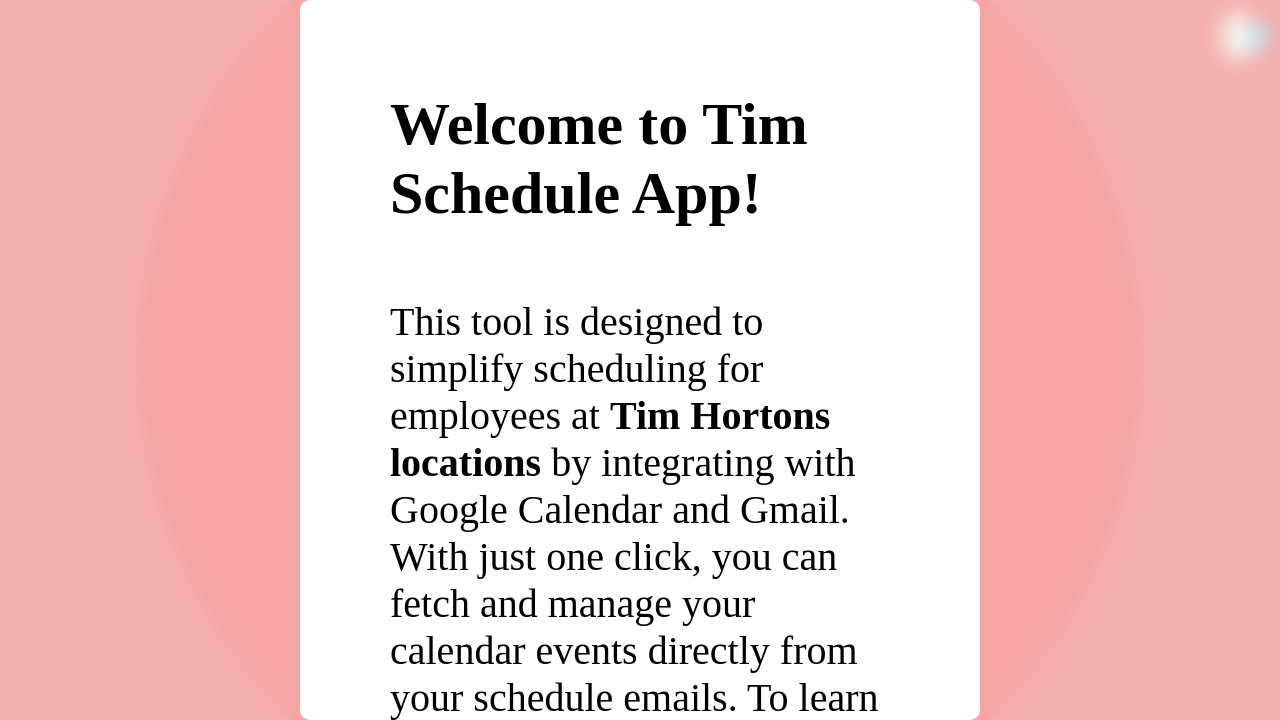
Repository: Sukhvir-Grewal/tim-schadule-app
Page: node_version/public/index.html
The author's editor kept a copy of each file at every save. The page is drawn from the files as they stood at one save, then again after the next save.
The browser window is 1280 px wide. The pictures show the whole page.

Above is the page before, as saved 2024-08-15 01:31:17.

### node_version/public/index.html
<!DOCTYPE html>
<html>

<head>
    <title>Tim Schedule App</title>
    <meta charset="utf-8" />
</head>
<link rel="stylesheet" href="style.css?v=1.0.0" />
<link rel="icon" href="/favicon.png" type="image/png">

<body>
    <div class="main-container">
        <div class="backDrop">
            <div class="aboutBox">
                <h2 style="display: grid; place-content:center">Welcome to Tim Schedule App!</h2>
                <p>This tool is designed to simplify scheduling for employees at <b>Tim Hortons locations</b> by integrating with Google Calendar and Gmail. With just one click, you can fetch and manage your calendar events directly from your schedule emails. To learn more about how the app works, visit our <a href="/about">About</a> page. After reviewing the details, simply authorize with the button below to start using the app.</p>
            </div>
        </div>
        <a href="./privacy-policy.html">
            <img src="./privay.png" class="privacy" alt="">
        </a>
        <img src="./timlogo.svg" class="logo" alt="">
        <div class="circle-1">
            <div class="circle-2">
                <div class="circle-3">
                    <div class="circle-4">
                        <button id="authorize_button" onclick="handleAuthClick()">
                            Authorize
                        </button>
                        <div class="after_authorize">
                            Done
                            <svg class="tick" xmlns="http://www.w3.org/2000/svg" viewBox="0 0 24 24" width="24"
                                height="24">
                                <path fill="none" d="M0 0h24v24H0z" />
                                <path fill="currentColor" d="M9 16.2l-3.5-3.5 1.41-1.41L9 13.38l7.09-7.09L17.5 7.5z" />
                            </svg>
                        </div>
                    </div>
                </div>
            </div>
        </div>
    </div>

    <script src="./script.js"></script>
    <script async defer src="https://apis.google.com/js/api.js" onload="gapiLoaded()"></script>
    <script async defer src="https://accounts.google.com/gsi/client" onload="gisLoaded()"></script>
</body>

</html>

### node_version/public/style.css
* {
    padding: 0;
    margin: 0;
    overflow-x: hidden;
    overflow-y: hidden;
}

.main-container {
    height: 100dvh;
    width: 100dvw;
    display: flex;
    justify-content: center;
    align-items: center;
    position: relative;
}

.backDrop {
    z-index: 11;
    height: 100vh;
    width: 100vw;
    display: grid;
    place-content: center;
    backdrop-filter: blur(10px);
    -webkit-backdrop-filter: blur(10px);
    background-color: rgba(255, 255, 255, 0.5);
}

.aboutBox {
    background-color: white;
    border-radius: 10px;
    min-height: 100px;
    width: 90vw;
    padding: 90px 90px;
    animation: fadeIn 4s ease;
    font-size: 40px;
}

.aboutBox h2 {
    margin-bottom: 70px;
}

.logo {
    position: absolute;
    top: 0;
    height: 450px;
    display: none;
    pointer-events: none;
    z-index: 10;
}

.privacy {
    width: 50px;
    height: 50px;
    position: absolute;
    top: 10px;
    right: 10px;
    cursor: pointer;
    z-index: 10;
    display: none;
}

.tick {
    color: green;
    width: 80px;
    height: 80px;
}

.slideUp {
    display: block;
    animation: slideUp 1s forwards;
}

.fadeIn {
    display: block;
    animation: fadeIn 2s ease;
}

.circle-1,
.circle-2,
.circle-3,
.circle-4 {
    border-radius: 50%;
    display: flex;
    justify-content: center;
    align-items: center;
    position: absolute;
}

.circle-1 {
    background-color: rgb(228, 129, 129);
    animation: expandCircle1 1s ease forwards;
    animation-delay: 0s;
}

.circle-2 {
    background-color: rgb(233, 94, 94);
    animation: expandCircle2 1s ease forwards;
    animation-delay: 0.3s;
}

.circle-3 {
    background-color: rgb(236, 72, 72);
    animation: expandCircle3 1s ease forwards;
    animation-delay: 0.8s;
}

.circle-4 {
    background-color: rgb(233, 58, 58);
    animation: expandCircle4 1s ease forwards;
    animation-delay: 1.2s;
    font-size: 5rem;
    border: 1px solid white;
}

#authorize_button {
    display: none;
    background-color: transparent;
    border: none;
    font-size: xx-large;
    color: white;
    font-weight: bolder;
    cursor: pointer;
}

#authorize_button.show {
    display: block;
}

.after_authorize {
    display: none;
    justify-content: center;
    align-items: center;
    font-size: 4rem;
    font-weight: bolder;
    color: white;
}

@keyframes expandCircle1 {
    0% {
        width: 0;
        height: 0;
    }

    100% {
        width: 2000px;
        height: 2000px;
    }
}

@keyframes expandCircle2 {
    0% {
        width: 0;
        height: 0;
    }

    100% {
        width: 1500px;
        height: 1500px;
    }
}

@keyframes expandCircle3 {
    0% {
        width: 0;
        height: 0;
    }

    100% {
        width: 1000px;
        height: 1000px;
    }
}

@keyframes expandCircle4 {
    0% {
        width: 0;
        height: 0;
    }

    100% {
        width: 500px;
        height: 500px;
    }
}

@keyframes slideUp {
    0% {
        opacity: 0;
        transform: translateY(50px);
    }

    100% {
        opacity: 1;
        transform: translateY(0);
    }
}

@keyframes fadeIn {
    0% {
        opacity: 0;
    }

    100% {
        opacity: 1;
    }
}

/* Just for the laptop stuff*/
@media (min-width: 1000px) {
    .logo {
        top: 100px;
        height: 250px;
    }
    .aboutBox {
        min-height: 200px;
        width: 500px;
        font-size: ;
    }
}

### node_version/public/script.js
let CLIENT_ID
let API_KEY

const DISCOVERY_DOCS = [
    "https://www.googleapis.com/discovery/v1/apis/calendar/v3/rest",
    "https://www.googleapis.com/discovery/v1/apis/gmail/v1/rest",
];

const SCOPES = [
    "https://www.googleapis.com/auth/calendar.events",
    "https://www.googleapis.com/auth/gmail.readonly",
];

let tokenClient;
let gapiInited = false;
let gisInited = false;
let startDate = "";
let endDate = "";

document.getElementById("authorize_button").style.visibility = "hidden";


/*
 * This code Servers the purpose of getting both Env variables
 * including initializing the client Token
*/
async function fetchEnvVariables() {
    try {
        const response = await fetch('/env');
        const env = await response.json();
        CLIENT_ID = env.clientId;
        API_KEY = env.apiKey;

        tokenClient = google.accounts.oauth2.initTokenClient({
            client_id: CLIENT_ID,
            scope: SCOPES.join(" "),
            callback: "", // defined later
        });

        // Check for stored token
        const storedToken = localStorage.getItem("gapi_token")
        if (storedToken) {
            gapi.client.setToken(JSON.stringify(storedToken))
        }

        gisInited = true;
        maybeEnableButtons();
    } catch (error) {
        console.error("Error fetching environment variables:", error);
    }
}

/*
 * Next 4 functions will from Official Quickstart
 *     > https://developers.google.com/calendar/api/quickstart/js
 *     > https://developers.google.com/gmail/api/quickstart/js
 * NOTE: Code had been altered accordingly like use of localStorage for ease in login,
 * including document manipulation
*/
function gapiLoaded() {
    gapi.load("client", initializeGapiClient);
}

async function initializeGapiClient() {
    await gapi.client.init({
        apiKey: API_KEY,
        discoveryDocs: DISCOVERY_DOCS,
    });
    gapiInited = true;
    maybeEnableButtons();
}

function gisLoaded() {
    fetchEnvVariables()
}

function maybeEnableButtons() {
    if (gapiInited && gisInited) {
        document.getElementById("authorize_button").style.visibility = "visible";
    }
}

function handleAuthClick() {
    tokenClient.callback = async (resp) => {
        if (resp.error !== undefined) {
            console.error("Error during authorization:", resp);
            return;
        }

        // save the token to locakstorage
        const token = gapi.client.getToken()
        if (token) {
            localStorage.setItem("gapi_token", JSON.stringify(token))
        }

        document.getElementById("authorize_button").style.display = "none";
        document.querySelector(".after_authorize").style.display = "flex";

        await getRecentEmailFromSender();
    };

    if (gapi.client.getToken() === null) {
        tokenClient.requestAccessToken({ prompt: "consent" });
    } else {
        tokenClient.requestAccessToken({ prompt: "" });
    }
}

// NOTE: Custom functions starts from here

async function addEvent(event) {
    try {
        const response = await gapi.client.calendar.events.insert({
            calendarId: "primary",
            resource: event,
        });
        // console.log("Event created: ", response.result.htmlLink);
    } catch (err) {
        console.error("Error contacting the Calendar service: ", err.message);
    }
}

/*
 * Checks if the Event already exists in the place,
 * in case someone tries to push the event again
*/
async function checkDuplicateEvent(newEvent) {
    const calendar = gapi.client.calendar;

    try {
        // List events within the time range of the new event
        const response = await calendar.events.list({
            calendarId: "primary",
            timeMin: newEvent.start.dateTime,
            timeMax: newEvent.end.dateTime,
            singleEvents: true,
            orderBy: "startTime",
        });

        const events = response.result.items;

        if (events.length > 0) {
            // Check if any event matches the new event's details
            const duplicateEvent = events.find((event) => {

                const startTimeMatches =
                    Math.abs(
                        new Date(event.start.dateTime) -
                        new Date(newEvent.start.dateTime)
                    ) < 60000; // 1 minute tolerance
                const endTimeMatches =
                    Math.abs(
                        new Date(event.end.dateTime) -
                        new Date(newEvent.end.dateTime)
                    ) < 60000;

                // Compare other details
                return (
                    event.summary === newEvent.summary &&
                    startTimeMatches &&
                    endTimeMatches &&
                    event.location === newEvent.location
                );
            });

            if (duplicateEvent) {
                console.log("Duplicate event found. Event not added.");
                return;
            }
        }

        // Everything looks good, send the sucker^^
        await addEvent(newEvent);
        console.log("Event added successfully.");
    } catch (error) {
        console.error("Error checking or adding event:", error.message);
    }
}

/*
 * NOTE: Following logic is only for specific sender since i need to Extract
 * the schedule from the email, The code can be changed easily if the received email
 * have different format of schedule
 *
 * This code extract emails from noreply@clearviewconnect.com (my workplace schedule sender)
 * and gets the top email and extract the only lines starting from months and push line by line
 * in next function to get date and time separated
*/
async function getRecentEmailFromSender() {
    try {
        // List messages from the specified sender
        const res = await gapi.client.gmail.users.messages.list({
            userId: "me",
            q: `from:noreply@clearviewconnect.com`,
            maxResults: 1,
            orderBy: "date",
        });

        const messages = res.result.messages;
        if (!messages || messages.length === 0) {
            console.log("No message found");
            return;
        }

        // Get the most recent message
        const messageId = messages[0].id;
        const messageRes = await gapi.client.gmail.users.messages.get({
            userId: "me",
            id: messageId,
        });

        // NOTE: Learned new thing ^^
        const emailData = messageRes.result;
        const encodedBody = emailData.payload.parts
            ? emailData.payload.parts[0].body.data
            : emailData.payload.body.data;

        // Decode the body
        const decodedBody = atob(
            encodedBody.replace(/-/g, "+").replace(/_/g, "/")
        );

        // Extract the schedule details
        const scheduleLines = decodedBody
            .split("\n")
            .filter((line) =>
                line.match(
                    /^(Jan|Feb|Mar|Apr|May|Jun|Jul|Aug|Sep|Oct|Nov|Dec)\s+\d{2}:/
                )
            );

        if (scheduleLines.length === 0) {
            console.log("No schedule lines found.");
            return;
        }

        // Parse the schedule lines and add events
        for (const line of scheduleLines) {
            try {
                const event = parseScheduleLine(line);
                if (event) {
                    await checkDuplicateEvent(event);
                }
            } catch (error) {
                console.error("Error parsing or adding event:", error.message);
            }

            // NOTE: For Further Development

            // endDate = line.split(":")[0].trim();
        }
        /*
            startDate = scheduleLines[0].split(":")[0].trim();
            document.getElementById(
            "content"
            ).innerHTML += `Schedule from ${startDate} to ${endDate} has been Posted on calender`;
        */
    } catch (error) {
        console.error("Error fetching email:", error.message);
    }
}

function parseScheduleLine(line) {
    try {
        // Check for "Not Scheduled" and skip such lines
        // NOTE: String can be changed based on how your day off is mentioned in schedule
        if (line.includes("Not Scheduled")) {
            console.log(`Skipping non-scheduled day`);
            return null;
        }

        // Extract date part and time details
        const [datePart, rest] = line.split(/:\s+/);
        const timeAndDetails = rest.trim();

        // Handle specific cases based on structure
        // NOTE: Learned new thing ^^
        const [timeRange] = timeAndDetails.split(/\s*,\s*/);
        const [startTime, endTime] = timeRange
            .split(" - ")
            .map((time) => time.trim());

        // Extract month and day
        const [month, day] = datePart.split(/\s+/);
        const year = new Date().getFullYear();
        const date = new Date(`${month} ${day}, ${year}`);

        const startDateTime = new Date(date);
        const endDateTime = new Date(date);

        const [startHours, startMinutes] = convertTo24Hour(startTime);
        const [endHours, endMinutes] = convertTo24Hour(endTime);

        startDateTime.setHours(startHours, startMinutes);
        endDateTime.setHours(endHours, endMinutes);

        return {
            summary: `Tim~Shift`,
            start: {
                dateTime: startDateTime.toISOString(),
                timeZone: "America/Halifax",
            },
            end: {
                dateTime: endDateTime.toISOString(),
                timeZone: "America/Halifax",
            },
            colorId: "5", // Customizable based on interest
        };
    } catch (error) {
        console.error("Error parsing schedule line:", error.message);
        throw new Error("Invalid schedule line format");
    }
}

// Don't need to explain this one ^^
function convertTo24Hour(time) {
    if (!time) {
        throw new Error("Invalid time format");
    }

    const match = time.match(/(\d{1,2}):(\d{2})(AM|PM)/i);

    if (!match) {
        throw new Error("Time format does not match");
    }

    let [hours, minutes, meridian] = match.slice(1);
    hours = parseInt(hours, 10);
    minutes = parseInt(minutes, 10);

    if (meridian.toUpperCase() === "PM" && hours < 12) hours += 12;
    if (meridian.toUpperCase() === "AM" && hours === 12) hours = 0;

    return [hours, minutes];
}

// Animation stuff
setTimeout(function() {
    document?.getElementById("authorize_button").classList.add("show");
    document.querySelector(".logo").classList.add("slideUp");
    document.querySelector(".privacy").classList.add("fadeIn");
}, 2000);


document.querySelector(".backDrop").addEventListener('click', ()=>{
    document.querySelector(".backDrop").style.display = "none"
})

After the next save:
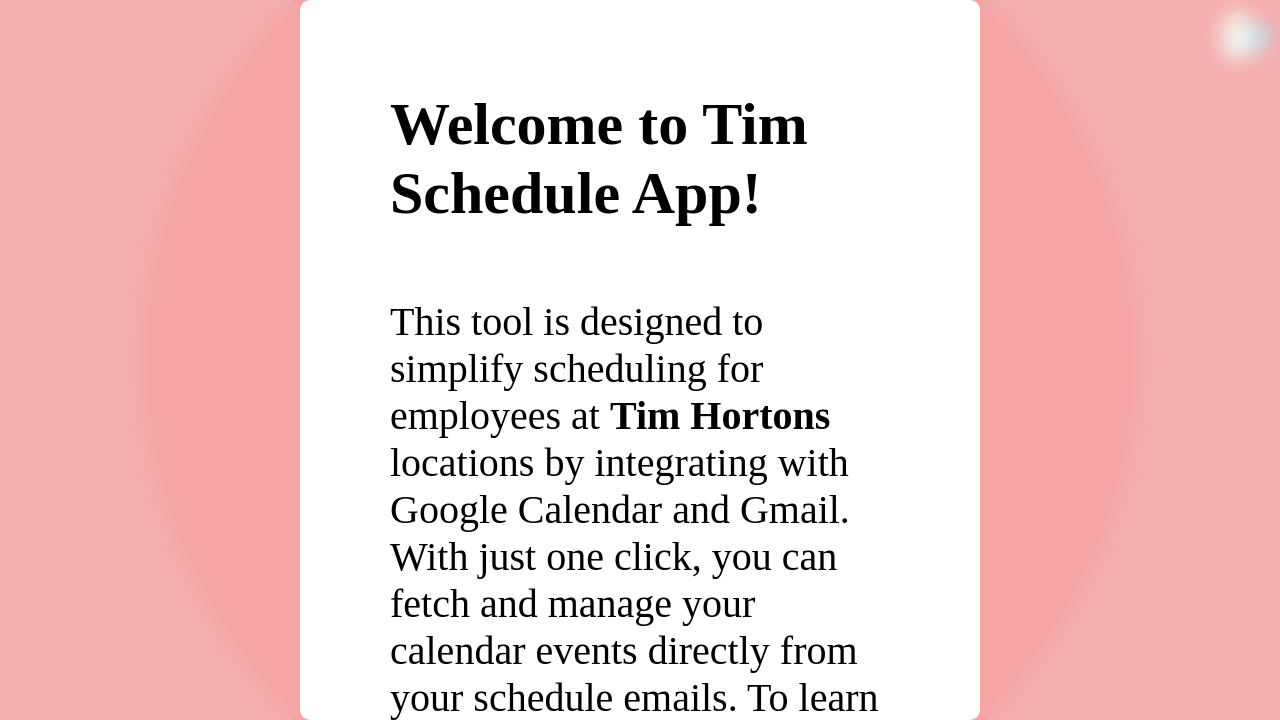
Saved 6 s later.
--- a/node_version/public/index.html
+++ b/node_version/public/index.html
@@ -13,7 +13,7 @@
         <div class="backDrop">
             <div class="aboutBox">
                 <h2 style="display: grid; place-content:center">Welcome to Tim Schedule App!</h2>
-                <p>This tool is designed to simplify scheduling for employees at <b>Tim Hortons locations</b> by integrating with Google Calendar and Gmail. With just one click, you can fetch and manage your calendar events directly from your schedule emails. To learn more about how the app works, visit our <a href="/about">About</a> page. After reviewing the details, simply authorize with the button below to start using the app.</p>
+                <p>This tool is designed to simplify scheduling for employees at <b>Tim Hortons</b> locations by integrating with Google Calendar and Gmail. With just one click, you can fetch and manage your calendar events directly from your schedule emails. To learn more about how the app works, visit our <a href="/about">About</a> page. After reviewing the details, simply authorize with the button below to start using the app.</p>
             </div>
         </div>
         <a href="./privacy-policy.html">
